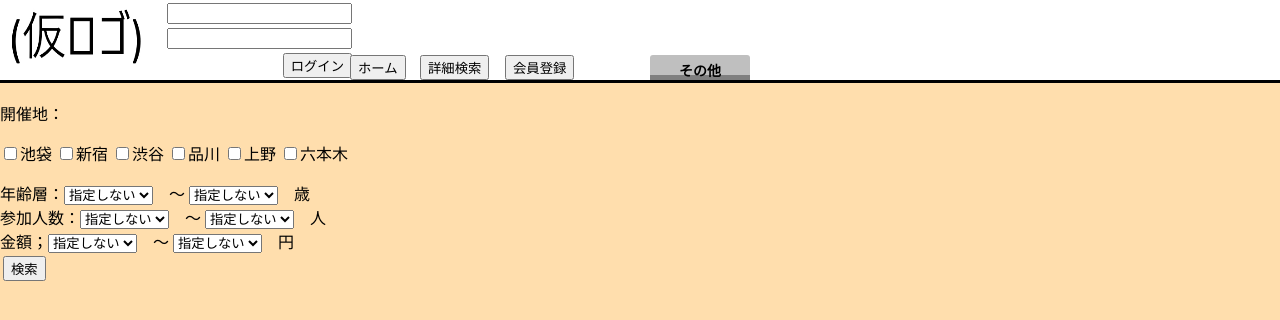
Repository: k0816/backup-master
Page: http://localhost/cycle/partySearchNEW.jsp
These files come from the project's save history. The page is drawn as it stood at one moment and after the next save; the edit follows.
The browser window is 1280 px wide. The pictures show the whole page.
The page is served by Tomcat 9.

Above is the page before, as saved 2018-01-24 02:11:35.

After the next save:
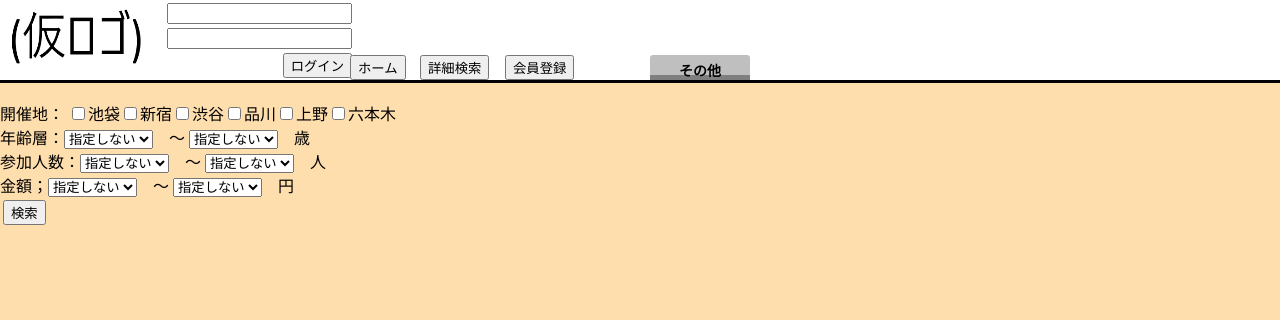
Saved 38 s later.
--- a/cycle/WebContent/partySearchNEW.jsp
+++ b/cycle/WebContent/partySearchNEW.jsp
@@ -14,15 +14,13 @@
 
 <s:form id="form" name="form" action="PartySearchResultAction">
 開催地：
-<p>
 <label><input type="checkbox" name="partyPlace" value="池袋">池袋</label>
 <label><input type="checkbox" name="partyPlace" value="新宿">新宿</label>
 <label><input type="checkbox" name="partyPlace" value="渋谷">渋谷</label>
 <label><input type="checkbox" name="partyPlace" value="品川">品川</label>
 <label><input type="checkbox" name="partyPlace" value="上野">上野</label>
 <label><input type="checkbox" name="partyPlace" value="六本木">六本木</label>
-</p>
-
+<br>
 年齢層：<select name="ageMinimum">
     <option value="0">指定しない</option>
     <option value="20">20</option>
